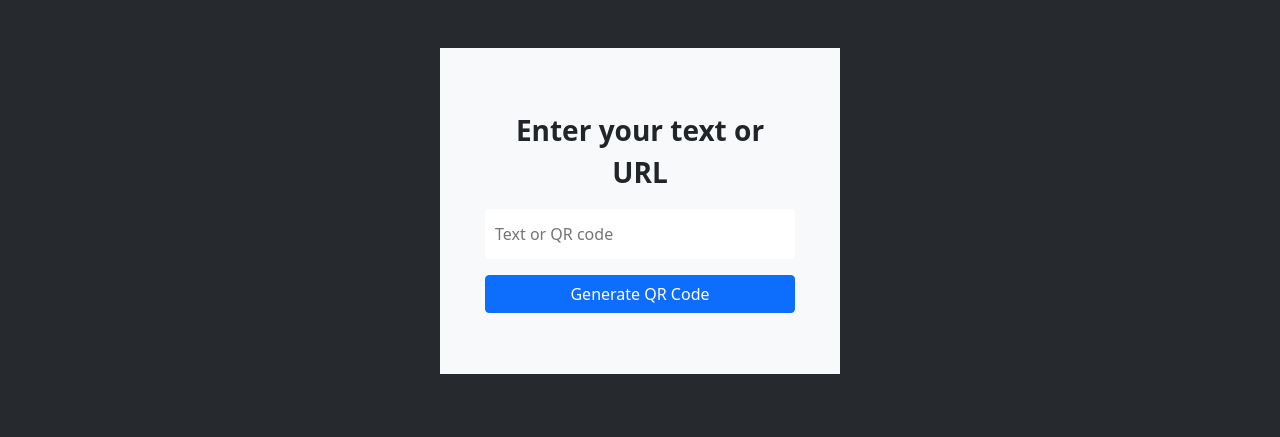
Repository: zeinawady/Qr-Code-Generator-App
Page: index.html
These files come from the project's save history. The page is drawn as it stood at one moment and after a run of saves; the edit follows.
The browser window is 1280 px wide. The pictures show the whole page.

Above is the page before, as saved 2024-10-30 00:34:38.

### index.html
<!DOCTYPE html>
<html lang="en">
<head>
    <meta charset="UTF-8">
    <meta name="viewport" content="width=device-width, initial-scale=1.0">
    <title>Qr code generator</title>
    <link rel="stylesheet" href="css/bootstrap.min.css.map">
    <link rel="stylesheet" href="css/bootstrap.min.css">
    <link rel="stylesheet" href="css/style.css">
</head>
<body>
    <div class="container  d-flex justify-content-center align-items-center bg-light mt-5">
   <div class="qr-container">
<p class="my-3 fw-bold fs-3 text-center">Enter your text or URL</p>
<input type="text" placeholder="Text or QR code">
<button class="btn btn-primary my-3 w-100 ">Generate QR Code</button>
   </div>
</div>

    <script src="js/bootstrap.bundle.min.js"></script>
    <script src="js/bootstrap.bundle.min.js.map"></script>
<script src="js/script.js"></script>
</body>
</html>

### css/style.css
body{
    background-color:#262a2f ;
}
.container{
    max-width: 400px;
   padding: 45px;
}
input{
    width: 100%;
    height: 50px;
    border: none;
    outline: none;
    padding: 10px;
   border-radius: 5px;
}

### js/script.js


function generateQR(){

}

Loaded but not shown: css/bootstrap.min.css (library); js/bootstrap.bundle.min.js (library)

After the next 7 saves:
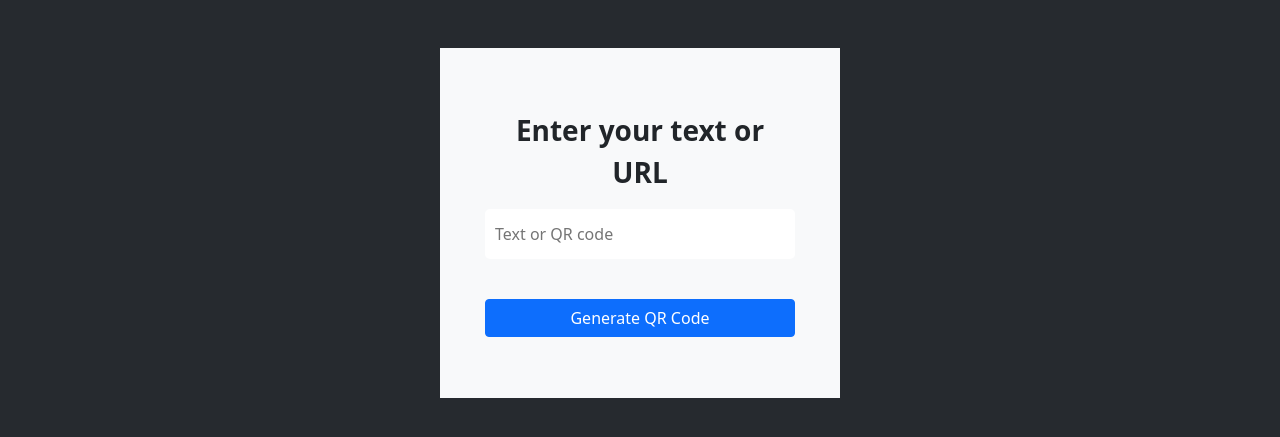
The 7 saves are shown as one change because they came seconds apart.
The last was saved 21 s later.
--- a/index.html
+++ b/index.html
@@ -13,6 +13,9 @@
    <div class="qr-container">
 <p class="my-3 fw-bold fs-3 text-center">Enter your text or URL</p>
 <input type="text" placeholder="Text or QR code">
+<div id="imgBox">
+    <img src="" alt="">
+</div>
 <button class="btn btn-primary my-3 w-100 ">Generate QR Code</button>
    </div>
 </div>
